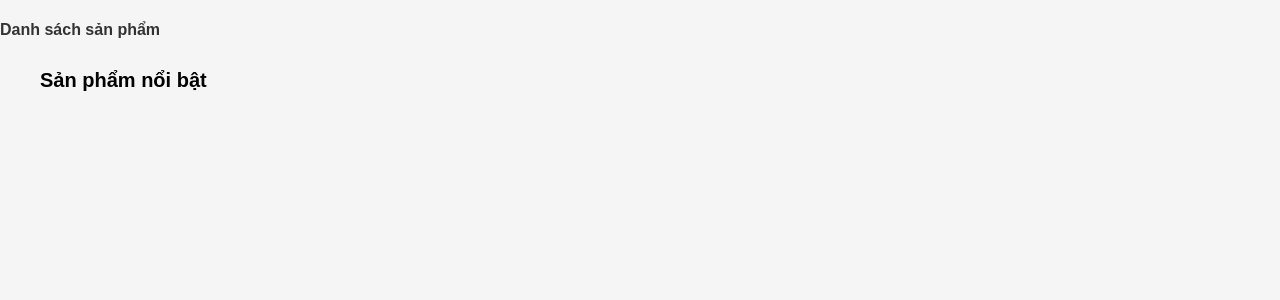
Repository: binhphanbp/WEB2064_JavaScript-Advanced_WD20305
Page: lesson/lesson7/Lab2.1/product.html
The author's editor kept a copy of each file at every save. The page is drawn from the files as they stood at one save, then again after the next save.
The browser window is 1280 px wide. The pictures show the whole page.
The page's requests for data from a server got no answer.

Above is the page before, as saved 2025-10-01 12:22:58.

### lesson/lesson7/Lab2.1/product.html
<!DOCTYPE html>
<html lang="en">
  <head>
    <meta charset="UTF-8" />
    <meta name="viewport" content="width=device-width, initial-scale=1.0" />
    <title>Document</title>
    <style>
      body {
        font-family: Arial, sans-serif;
        background: #f5f5f5;
        margin: 0;
        padding: 0;
        color: #333;
      }

      /* Header */
      header {
        background: #ffd400;
        padding: 10px 0;
        box-shadow: 0 2px 5px rgba(0, 0, 0, 0.1);
        position: sticky;
        top: 0;
        z-index: 1000;
      }

      .container {
        max-width: 1200px;
        margin: 0 auto;
        padding: 0 20px;
      }

      header .container {
        display: flex;
        justify-content: space-between;
        align-items: center;
      }

      .logo {
        font-size: 24px;
        font-weight: bold;
        color: #000;
        text-transform: uppercase;
      }

      nav ul {
        list-style: none;
        display: flex;
        gap: 20px;
        margin: 0;
        padding: 0;
      }

      nav ul li a {
        text-decoration: none;
        color: #000;
        font-weight: 600;
        font-size: 15px;
      }

      nav ul li a:hover {
        color: #e67e22;
      }

      .search-box input {
        padding: 6px 10px;
        border: none;
        border-radius: 3px;
        width: 200px;
      }

      .cart {
        font-weight: bold;
        color: #000;
        cursor: pointer;
      }

      /* Banner */
      .banner img {
        width: 100%;
        border-radius: 8px;
        margin: 20px 0;
      }

      /* Section title */
      h2 {
        font-size: 20px;
        margin: 30px 0 15px;
        color: #000;
        font-weight: bold;
      }

      /* Products */
      .products {
        display: grid;
        grid-template-columns: repeat(auto-fit, minmax(220px, 1fr));
        gap: 20px;
      }

      .product {
        background: #fff;
        border-radius: 8px;
        padding: 15px;
        text-align: center;
        border: 1px solid #eee;
        transition: all 0.3s;
      }

      .product:hover {
        box-shadow: 0 4px 12px rgba(0, 0, 0, 0.1);
        transform: translateY(-3px);
      }

      .product img {
        width: 100%;
        max-height: 150px;
        object-fit: contain;
        margin-bottom: 10px;
      }

      .product h4 {
        font-size: 15px;
        height: 40px;
        margin-bottom: 6px;
      }

      .product .price {
        font-weight: bold;
        color: #e67e22;
        margin-bottom: 10px;
      }

      .product button {
        padding: 8px 12px;
        border: none;
        border-radius: 4px;
        font-size: 14px;
        margin: 5px;
        cursor: pointer;
        transition: 0.3s;
      }

      .buy-now {
        background: #ff9800;
        color: #fff;
      }

      .buy-now:hover {
        background: #e68900;
      }

      .add-cart {
        background: #333;
        color: #fff;
      }

      .add-cart:hover {
        background: #000;
      }

      /* Footer */
      footer {
        background: #fff;
        border-top: 1px solid #ddd;
        padding: 30px 0 15px;
        margin-top: 40px;
      }

      footer .container {
        display: grid;
        grid-template-columns: repeat(4, 1fr);
        gap: 20px;
      }

      footer h4 {
        font-size: 15px;
        margin-bottom: 10px;
        color: #000;
      }

      footer ul {
        list-style: none;
        padding: 0;
        margin: 0;
      }

      footer ul li {
        margin-bottom: 6px;
      }

      footer ul li a {
        text-decoration: none;
        color: #555;
        font-size: 14px;
      }

      footer ul li a:hover {
        color: #e67e22;
      }

      .copyright {
        grid-column: 1 / -1;
        text-align: center;
        margin-top: 20px;
        font-size: 13px;
        color: #777;
      }
    </style>
  </head>
  <body>
    <h4>Danh sách sản phẩm</h4>
    <div id="all-product"></div>
    <section class="container">
      <h2>Sản phẩm nổi bật</h2>
      <div id="product-hot" class="products"></div>
    </section>
    <script src="main.js"></script>
  </body>
</html>

### lesson/lesson7/Lab2.1/main.js
const content = document.getElementById('content');


//class sản phẩm
class Product {
    constructor(id, name, price, image, category, hot, description) {
        this.id = id;
        this.name = name;
        this.price = price;
        this.image = image;
        this.category = category;
        this.hot = hot;
        this.description = description;
    }
    render() {
        return `
            <div class="product">
            <img src="${this.image}" alt="${this.name}">
            <h4>${this.name}</h4>
            <p class="price">${this.price.toLocaleString()} đ</p>
            <button class="buy-now">Mua Ngay</button>
            <button class="add-cart">Thêm giỏ hàng</button>
            </div>
        `
    }
}

//Show trang chủ
const productHot = document.getElementById('product-hot');
const productPhone = document.getElementById('product-phone');
const productLaptop = document.getElementById('product-laptop');
if(productHot){
    fetch('http://localhost:3000/products')
    .then(response => response.json())
    .then(data => {
        console.log(data);
        //Show mảng data vào trong thẻ content
        const dataHot = data.filter(p => p.hot == true);
        const dataLaptop = data.filter(p => p.category === "laptop");
        const dataPhone = data.filter(p => p.category === "điện thoại");
        // Show sản phẩm nổi bật
        let html = "";
        dataHot.forEach((item) => {
            const product = new Product(
                item.id,
                item.name,
                item.price,
                item.image,
                item.category,
                item.hot,
                item.description
            )
            html += product.render();
        })
        productHot.innerHTML = html;
        ;
        // Show sản phẩm laptop
        html = "";
        dataLaptop.forEach((item) => {
            const product = new Product(
                item.id,
                item.name,
                item.price,
                item.image,
                item.category,
                item.hot,
                item.description
            )
            html += product.render();
        })
        productLaptop.innerHTML = html;
        // show sản phẩm điện thoại
        html = "";
        dataPhone.forEach((item) => {
            const product = new Product(
                item.id,
                item.name,
                item.price,
                item.image,
                item.category,
                item.hot,
                item.description
            )
            html += product.render();
        })
        productPhone.innerHTML = html;
    })
}

// show trang sản phẩm
const productAll = document.getElementById('all-product');
if(productAll){
        fetch('http://localhost:3000/products')
    .then(response => response.json())
    .then(data => {
        console.log(data);
        // Show sản phẩm nổi bật
        let html = "";
        data.forEach((item) => {
            const product = new Product(
                item.id,
                item.name,
                item.price,
                item.image,
                item.category,
                item.hot,
                item.description
            )
            html += product.render();
        })
        productAll.innerHTML = html;
        ;

    })
}

After the next save:
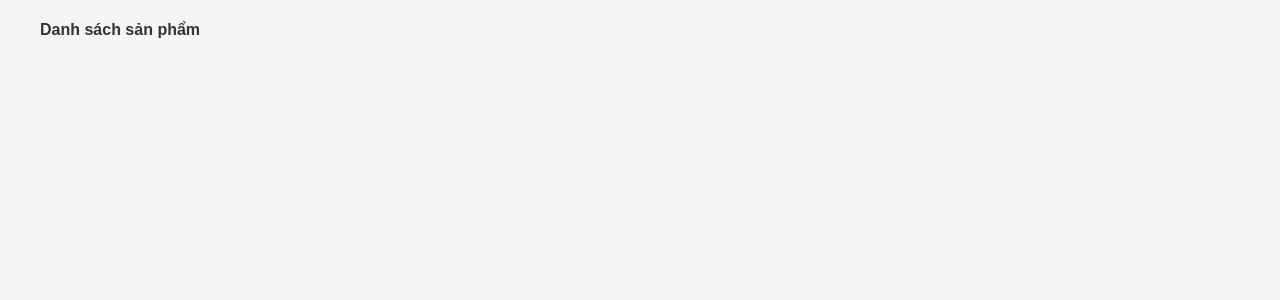
Saved 5 s later.
--- a/lesson/lesson7/Lab2.1/product.html
+++ b/lesson/lesson7/Lab2.1/product.html
@@ -207,11 +207,9 @@
     </style>
   </head>
   <body>
-    <h4>Danh sách sản phẩm</h4>
-    <div id="all-product"></div>
     <section class="container">
-      <h2>Sản phẩm nổi bật</h2>
-      <div id="product-hot" class="products"></div>
+      <h4>Danh sách sản phẩm</h4>
+      <div id="all-product"></div>
     </section>
     <script src="main.js"></script>
   </body>

After the save that followed:
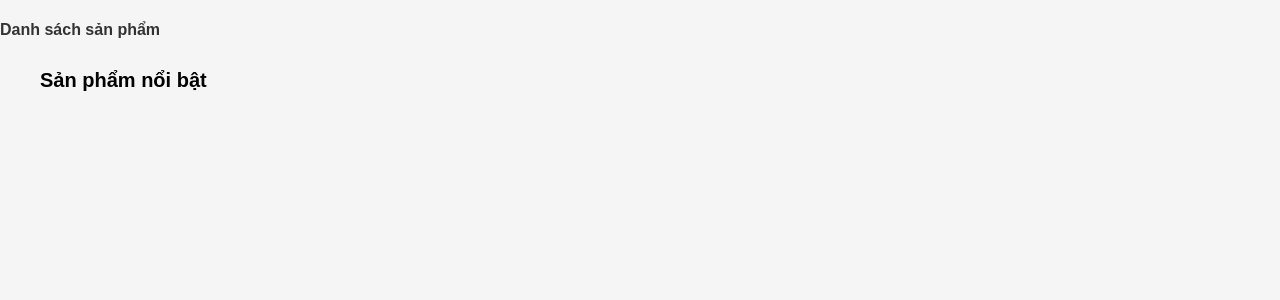
Saved 21 s later.
--- a/lesson/lesson7/Lab2.1/product.html
+++ b/lesson/lesson7/Lab2.1/product.html
@@ -207,9 +207,11 @@
     </style>
   </head>
   <body>
+    <h4>Danh sách sản phẩm</h4>
+    <div id="all-product"></div>
     <section class="container">
-      <h4>Danh sách sản phẩm</h4>
-      <div id="all-product"></div>
+      <h2>Sản phẩm nổi bật</h2>
+      <div id="product-hot" class="products"></div>
     </section>
     <script src="main.js"></script>
   </body>
